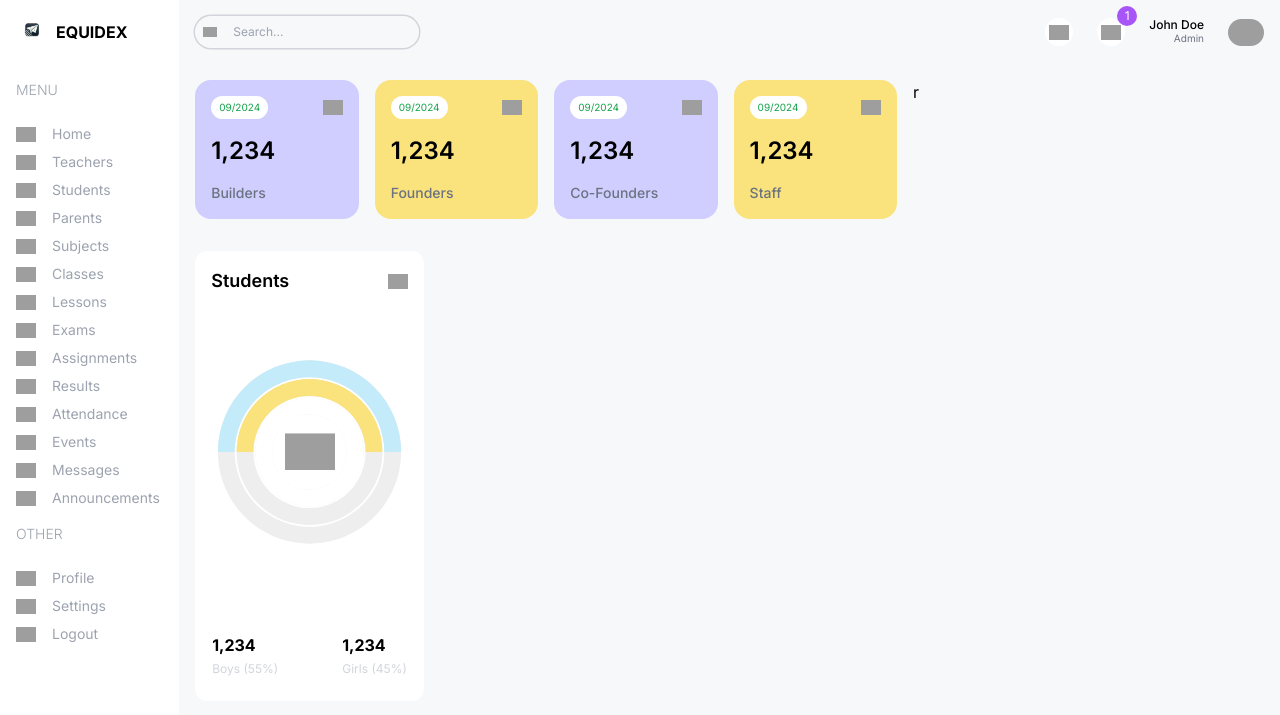
Repository: MikeeBuilds/equidex
Page: /admin
An editor plug-in stored every save of this project. The page is shown before and after a run of saves, followed by the edit.
The browser window is 1280 px wide. The pictures show the whole page.
Pictures or frames that could not be fetched are drawn as grey boxes. An inner scrolling area shows only its first screen. The project was rebuilt for these pictures with package versions that can differ from the ones it lists, and the page was loaded fresh each time. The framework's server and built-in components were replaced by stand-ins that run in the browser. Also part of the build but not shown: next.config.mjs.

Above is the page before, as saved 2024-09-24 18:44:03.

### src/app/layout.tsx
import type { Metadata } from "next";
import { Inter } from "next/font/google";
import "./globals.css";

const inter = Inter({ subsets: ["latin"] });

export const metadata: Metadata = {
  title: "Equidex",
  description: "Link with builders & share workload for sweat equity",
};

export default function RootLayout({
  children,
}: Readonly<{
  children: React.ReactNode;
}>) {
  return (
    <html lang="en">
      <body className={inter.className}>

        {children}
      </body>
    </html>
  );
}

### src/app/(dashboard)/layout.tsx
import Menu from "@/components/Menu";
import Navbar from "@/components/Navbar";
import Image from "next/image";
import Link from "next/link";

export default function DashboardLayout({
  children,
}: Readonly<{
  children: React.ReactNode;
}>) {
  return (
    <div className="h-screen flex">
      {/* LEFT */}
      <div className="w-[14%] md:w-[8%] lg:w-[16%] xl:w-[14%] p-4">
        <Link
          href="/"
          className="flex items-center justify-center lg:justify-start gap-2"
        >
          <Image src="/logo.png" alt="logo" width={32} height={32} />
          <span className="hidden lg:block font-bold">EQUIDEX</span>
        </Link>
        <Menu />
      </div>
      {/* RIGHT */}
      <div className="w-[86%] md:w-[92%] lg:w-[84%] xl:w-[86%] bg-[#F7F8FA] overflow-scroll flex flex-col">
        <Navbar />
        {children}
      </div>
    </div>
  );
}

### src/app/(dashboard)/admin/page.tsx
import CountChart from "@/components/CountChart";
import UserCard from "@/components/UserCard";
import React from "react";

const AdminPage = () => {
  return (
    <div className="p-4 flex gap-4 flex-col md:flex-row">
      {/* LEFT */}
      <div className="w-full lg:w-2/3 flex flex-col gap-8">
        {/* USER CARD */}
        <div className="flex gap-4 justify-between flex-wrap">
          <UserCard type="Builders" />
          <UserCard type="Founders" />
          <UserCard type="Co-Founders" />
          <UserCard type="Staff" />
        </div>
        {/* MIDDLE CHART */}
        <div className="flex gap-4 flex-col lg:flex-row">
          {/* COUNT CHART*/}
          <div className="w-full lg:w-1/3 h-[450px]">
          <CountChart/>
          </div>
          {/* ATTENDANCE CHART */}
          <div className="w-full lg:w-2/3 h-[450px]"></div>
        </div>
        {/* BOTTOM CHART */}
        <div className="">w</div>
      </div>
      {/* RIGHT */}
      <div className="w-full lg:w-1/3">r</div>
    </div>
  );
};

export default AdminPage;

### src/components/Menu.tsx
import Image from "next/image";
import Link from "next/link";

const menuItems = [
  {
    title: "MENU",
    items: [
      {
        icon: "/home.png",
        label: "Home",
        href: "/",
        visible: ["admin", "teacher", "student", "parent"],
      },
      {
        icon: "/teacher.png",
        label: "Teachers",
        href: "/list/teachers",
        visible: ["admin", "teacher"],
      },
      {
        icon: "/student.png",
        label: "Students",
        href: "/list/students",
        visible: ["admin", "teacher"],
      },
      {
        icon: "/parent.png",
        label: "Parents",
        href: "/list/parents",
        visible: ["admin", "teacher"],
      },
      {
        icon: "/subject.png",
        label: "Subjects",
        href: "/list/subjects",
        visible: ["admin"],
      },
      {
        icon: "/class.png",
        label: "Classes",
        href: "/list/classes",
        visible: ["admin", "teacher"],
      },
      {
        icon: "/lesson.png",
        label: "Lessons",
        href: "/list/lessons",
        visible: ["admin", "teacher"],
      },
      {
        icon: "/exam.png",
        label: "Exams",
        href: "/list/exams",
        visible: ["admin", "teacher", "student", "parent"],
      },
      {
        icon: "/assignment.png",
        label: "Assignments",
        href: "/list/assignments",
        visible: ["admin", "teacher", "student", "parent"],
      },
      {
        icon: "/result.png",
        label: "Results",
        href: "/list/results",
        visible: ["admin", "teacher", "student", "parent"],
      },
      {
        icon: "/attendance.png",
        label: "Attendance",
        href: "/list/attendance",
        visible: ["admin", "teacher", "student", "parent"],
      },
      {
        icon: "/calendar.png",
        label: "Events",
        href: "/list/events",
        visible: ["admin", "teacher", "student", "parent"],
      },
      {
        icon: "/message.png",
        label: "Messages",
        href: "/list/messages",
        visible: ["admin", "teacher", "student", "parent"],
      },
      {
        icon: "/announcement.png",
        label: "Announcements",
        href: "/list/announcements",
        visible: ["admin", "teacher", "student", "parent"],
      },
    ],
  },
  {
    title: "OTHER",
    items: [
      {
        icon: "/profile.png",
        label: "Profile",
        href: "/profile",
        visible: ["admin", "teacher", "student", "parent"],
      },
      {
        icon: "/setting.png",
        label: "Settings",
        href: "/settings",
        visible: ["admin", "teacher", "student", "parent"],
      },
      {
        icon: "/logout.png",
        label: "Logout",
        href: "/logout",
        visible: ["admin", "teacher", "student", "parent"],
      },
    ],
  },
];

const Menu = () => {
  return (
    <div className=" mt-4 text-sm">
      {menuItems.map(i=> (
        <div className="flex flex-col gap-2" key={i.title}>
          <span className="hidden lg:block text-gray-400 font-light my-4">{i.title}</span>
          {i.items.map(item => (
            <Link className="flex items-center justify-center lg:justify-start gap-4 text-gray-400 hover:text-black" href={item.href} key={item.label}>
              <Image src={item.icon} alt="" width={20} height={20} />
              <span className="hidden lg:block">{item.label}</span>
            </Link>
          ))}
        </div>
      ))}
    </div>
  )
}

export default Menu;

### src/components/Navbar.tsx
import Image from "next/image";

const Navbar = () => {
  return (
    <div className="flex items-center justify-between p-4">
      {/* SEARCH BAR */}
      <div className="hidden md:flex items-center gap-2 text-xs rounded-full ring-[1.5px] ring-gray-300 px-2">
        <Image src="/search.png" alt="" width={14} height={14} />
        <input
          type="text"
          placeholder="Search..."
          className="w-[200px] p-2 bg-transparent outline-none"
        />
      </div>
      {/* ICONS AND USER */}
      <div className="flex items-center gap-6 justify-end w-full">
        <div className="bg-white rounded-full w-7 h-7 flex items-center justify-center cursor-pointer">
          <Image src="/message.png" alt="" width={20} height={20} />
        </div>
        <div className="bg-white rounded-full w-7 h-7 flex items-center justify-center cursor-pointer relative">
          <Image src="/announcement.png" alt="" width={20} height={20} />
          <div className="absolute -top-3 -right-3 w-5 h-5 flex items-center justify-center bg-purple-500 text-white rounded-full text-xs">
            1
          </div>
        </div>
        <div className="flex flex-col">
          <span className="text-xs leading-3 font-medium">John Doe</span>
          <span className="text-[10px] text-gray-500 text-right">Admin</span>
        </div>
        <Image
          src="/avatar.png"
          alt=""
          width={36}
          height={36}
          className="rounded-full"
        />
      </div>
    </div>
  );
};

export default Navbar;

### src/components/CountChart.tsx
"use client";
import Image from "next/image";
import {
  RadialBarChart,
  RadialBar,
  Legend,
  ResponsiveContainer,
} from "recharts";

const data = [
  {
    name: "Total",
    count: 106,
    fill: "white",
  },
  {
    name: "Girls",
    count: 53,
    fill: "#FAE27C",
  },
  {
    name: "Boys",
    count: 53,
    fill: "#C3EBFA",
  },
];

const CountChart = () => {
  return (
    <div className="bg-white rounded-xl w-full h-full p-4">
      {/* TITLE */}
      <div className="flex justify-between items-center">
        <h1 className="text-lg font-semibold">Students</h1>
        <Image src="/moreDark.png" alt="" width={20} height={20} />
      </div>
      {/* CHART */}
      <div className="relative w-full h-[75%]">
        <ResponsiveContainer>
          <RadialBarChart
            cx="50%"
            cy="50%"
            innerRadius="40%"
            outerRadius="100%"
            barSize={32}
            data={data}
          >
            <RadialBar background dataKey="count" />
          </RadialBarChart>
        </ResponsiveContainer>
        <Image
          src="/maleFemale.png"
          alt=""
          width={50}
          height={50}
          className="absolute top-1/2 left-1/2 -translate-x-1/2 -translate-y-1/2"
        />
      </div>
      {/* BOTTOM */}
      <div className="flex justify-center gap-16">
        <div className="flex flex-col gap-1">
          <div className="w-5 h-5 bg-lamaSky rounded-full" />
          <h1 className="font-bold">1,234</h1>
          <h2 className="text-xs text-gray-300">Boys (55%)</h2>
        </div>
        <div className="flex flex-col gap-1">
          <div className="w-5 h-5 bg-lamaYellow rounded-full" />
          <h1 className="font-bold">1,234</h1>
          <h2 className="text-xs text-gray-300">Girls (45%)</h2>
        </div>
      </div>
    </div>
  );
};

export default CountChart;

### src/components/UserCard.tsx
import Image from 'next/image'
import React from 'react'

const UserCard = ({type}:{type:string}) => {
  return (
    <div className='rounded-2xl odd:bg-dexPurple even:bg-dexYellow p-4 flex-1 min-w-[130px]'>
        <div className='flex justify-between items-center'>
            <span className='text-[10px] bg-white px-2 py-1 rounded-full text-green-600'>09/2024</span>
            <Image src="/more.png" alt='more' width={20} height={20} />
        </div>
        <h1 className='text-2xl font-semibold my-4'>1,234</h1>
        <h2 className='capitalize text-sm font-medium text-gray-500'>{type}</h2>
    </div>
  )
}

export default UserCard

### tailwind.config.ts
import type { Config } from "tailwindcss";

const config: Config = {
  content: [
    "./src/pages/**/*.{js,ts,jsx,tsx,mdx}",
    "./src/components/**/*.{js,ts,jsx,tsx,mdx}",
    "./src/app/**/*.{js,ts,jsx,tsx,mdx}",
  ],
  theme: {
    extend: {
      backgroundImage: {
        "gradient-radial": "radial-gradient(var(--tw-gradient-stops))",
        "gradient-conic":
          "conic-gradient(from 180deg at 50% 50%, var(--tw-gradient-stops))",
      },
      colors: {
        dexSky: "#C3EBFA",
        dexSkyLight: "#EDF9FD",
        dexPurple: "#CFCEFF",
        dexPurpleLight: "#F1F0FF",
        dexYellow: "#FAE27C",
        dexYellowLight: "#FEFCE8",
      },
    },
  },
  plugins: [],
};
export default config;

Loaded but not shown: src/app/globals.css (common file)

After the next 2 saves:
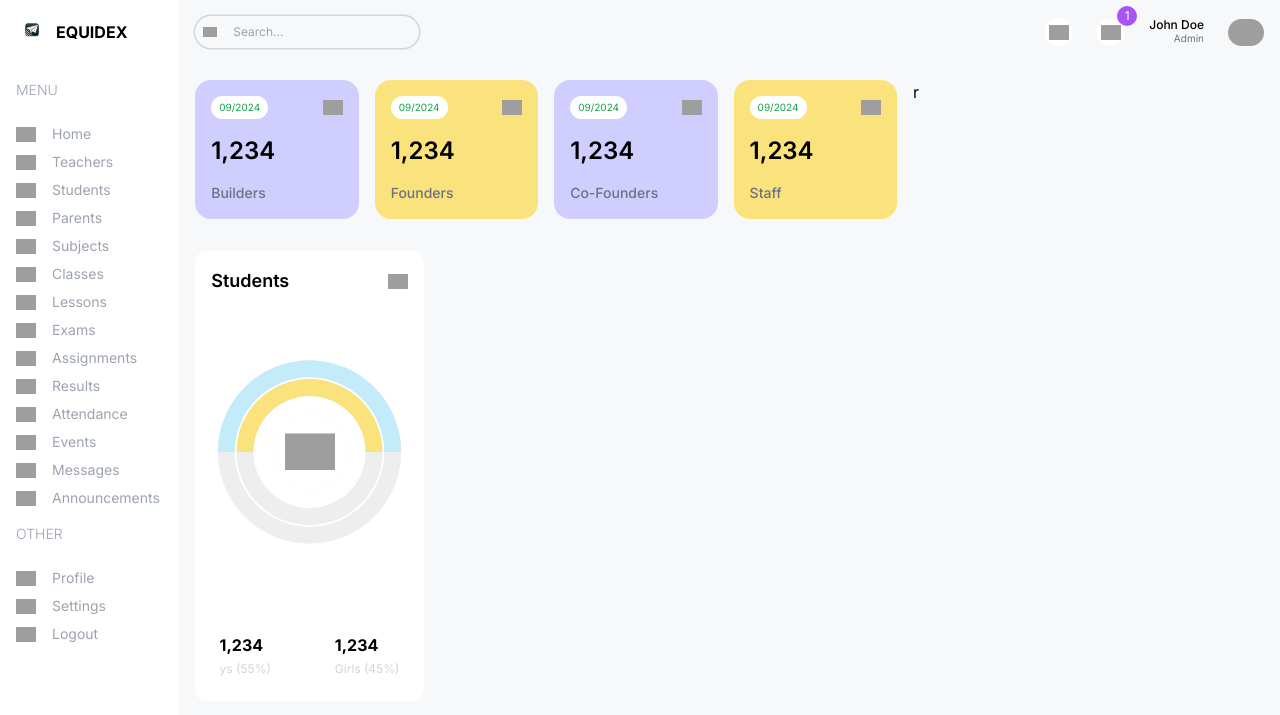
The 2 saves are shown as one change because they came seconds apart.
The last was saved 6 min 28 s later.
--- a/src/components/CountChart.tsx
+++ b/src/components/CountChart.tsx
@@ -60,7 +60,7 @@ const CountChart = () => {
         <div className="flex flex-col gap-1">
           <div className="w-5 h-5 bg-lamaSky rounded-full" />
           <h1 className="font-bold">1,234</h1>
-          <h2 className="text-xs text-gray-300">Boys (55%)</h2>
+          <h2 className="text-xs text-gray-300">ys (55%)</h2>
         </div>
         <div className="flex flex-col gap-1">
           <div className="w-5 h-5 bg-lamaYellow rounded-full" />
